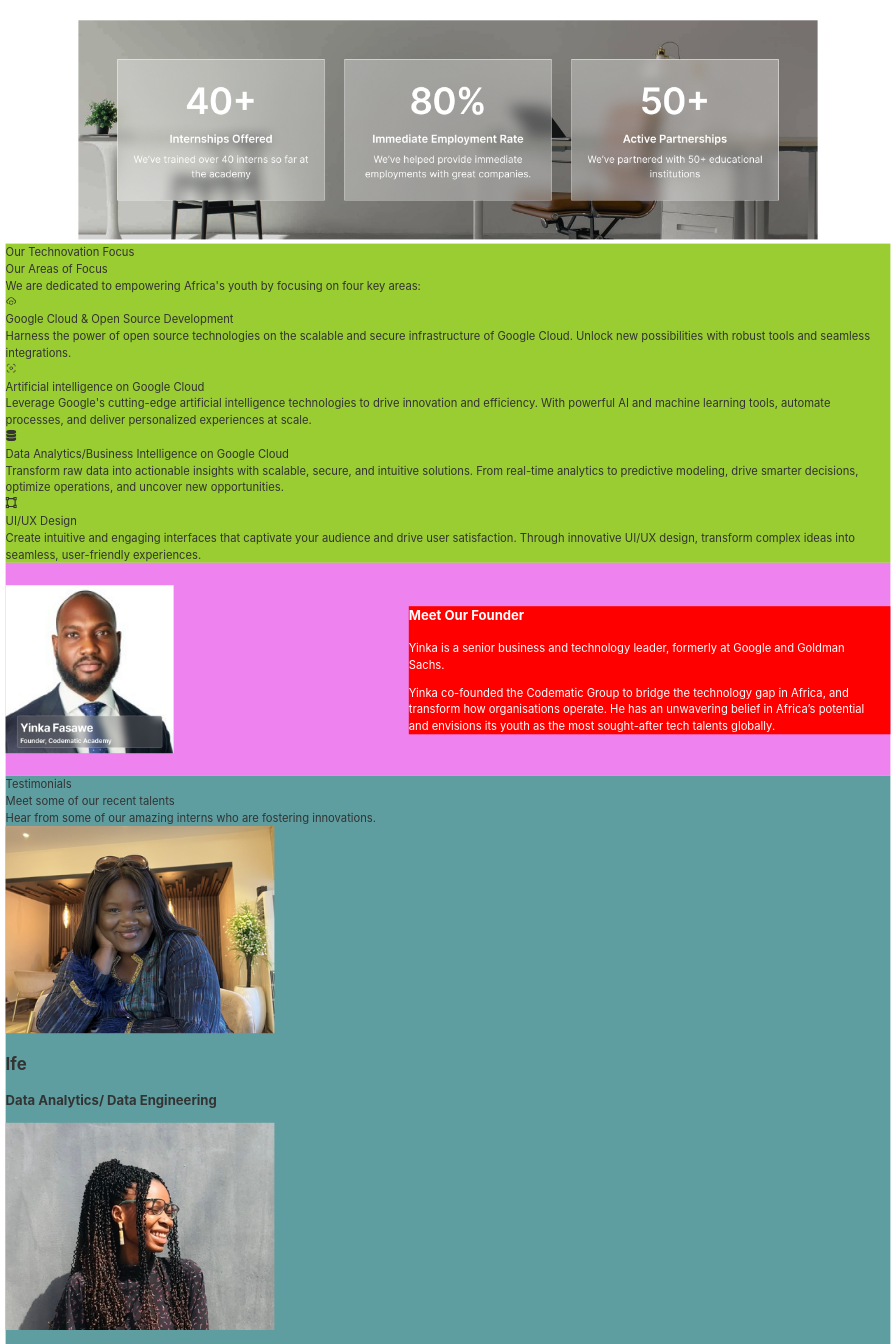
Repository: Gabriel221-dev/Codematic-page
Page: /
These files come from the project's save history. The page is drawn as it stood at one moment and after the next save; the edit follows.
The browser window is 1280 px wide. The pictures show the part of the page from y = 1860 to 3780 px (the page is 4616 px tall), at 70% of full size.
The project was rebuilt for these pictures with package versions that can differ from the ones it lists, and the page was loaded fresh each time. Also part of the build but not shown: vite.config.js.

Above is the page before, as saved 2024-07-25 12:06:46.

### src/App.jsx
import "./App.css";
import Home from "./pages/home";
import Header from "./components/Header";
import Footer from "./components/Footer";
import { BrowserRouter as Router, Route, Routes } from "react-router-dom";
import "./styles/global.css";

const App = () => {
  return (
    <Router>
      <Header />
      <main>
        <Routes>
          <Route path="/" element={<Home />} />
        </Routes>
      </main>
      <Footer />
    </Router>
  );
};

export default App;

### src/index.css
:root {
  font-family: Inter, system-ui, Avenir, Helvetica, Arial, sans-serif;
  line-height: 1.5;
  font-weight: 400;
  padding: 0 0;

  /* color-scheme: light dark;
  background-color: #242424;
  background-color:turquoise; */

}

### src/App.css
#root {
  max-width: 1280px;
  margin: 0 auto;
  /* padding: 2rem;
  text-align: center;
  background-color:bisque */

}

### src/components/Header.jsx
import { useState } from "react";
import { NavLink } from "react-router-dom";
import { FaBars } from "react-icons/fa";
import Sidebar from "./Sidebar";
import "./Header.css";
import { IconContext } from "react-icons";

const Header = () => {
  const [isSidebarToggled, setSidebarToggled] = useState(false);

  const handleToggle = () => {
    setSidebarToggled((prev) => !prev);
  };

  return (
    <>
      <IconContext.Provider value={{ color: "#fff" }}>
        <header className="header">
          <nav className="header__nav">
            <NavLink className="header__brand" to="/">
              <img
                className="header__logo"
                src="/public/Images/codematic-logo-dark-1536x351.png.png"
                alt="Logo"
                loading="eager"
                width="160"
              />
            </NavLink>

            <ul className="header__navigation">
              <li className="header__link">
                <NavLink
                  className={({ isActive }) =>
                    isActive
                      ? "header__anchor header__anchor--active"
                      : "header__anchor"
                  }
                  to="/"
                >
                  Home
                </NavLink>
              </li>
              <li className="header__link">
                <NavLink
                  className={({ isActive }) =>
                    isActive
                      ? "header__anchor header__anchor--active"
                      : "header__anchor"
                  }
                  to=""
                >
                  About Us
                </NavLink>
              </li>
              <li className="header__link">
                <NavLink
                  className={({ isActive }) =>
                    isActive
                      ? "header__anchor header__anchor--active"
                      : "header__anchor"
                  }
                  to=""
                >
                  Focus Areas
                </NavLink>
              </li>
              <li className="header__link">
                <NavLink
                  className={({ isActive }) =>
                    isActive
                      ? "header__anchor header__anchor--active"
                      : "header__anchor"
                  }
                  to=""
                >
                  Our Goals
                </NavLink>
              </li>
              <li className="header__link">
                <NavLink
                  className={({ isActive }) =>
                    isActive
                      ? "header__anchor header__anchor--active"
                      : "header__anchor"
                  }
                >
                  Testimonies
                </NavLink>
              </li>
              <NavLink className="header__btn" to="/contact">
                Apply Now
              </NavLink>
            </ul>

            <button
              className="header__menu"
              title="Toggle Menu"
              onClick={handleToggle}
            >
              <FaBars />
            </button>
          </nav>
          <Sidebar isOpen={isSidebarToggled} onToggle={handleToggle} />
        </header>
      </IconContext.Provider>
    </>
  );
};

export default Header;

### src/components/Footer.jsx
import { Link } from "react-router-dom";
import "./Footer.css";

const Footer = () => {
  return (
    <footer className="footer">
      <div className="footer__content">
        <div className="footer__pages">
          <img
            className="footer__logo"
            src="/public/Images/codematic-logo-dark-1536x351.png.png"
            alt="Logo"
            loading="lazy"
            width="160"
          />

          <ul className="footer__navigation">
            <li className="footer__link">
              <Link className="link-anchor footer__anchor" to="/">
                About Us
              </Link>
            </li>
            <li className="footer__link">
              <Link className="link-anchor footer__anchor" to="/about">
                Contact Us
              </Link>
            </li>
            <li className="footer__link">
              <Link className="link-anchor footer__anchor" to="/about">
                Privacy Policy
              </Link>
            </li>
          </ul>
        </div>

        {/* <div className="footer__more">
          <div className="footer__socials">
            <a href="#" aria-label="Facebook" className="footer__social">
              <svg
                className="footer__icon"
                xmlns="http://www.w3.org/2000/svg"
                width="24"
                height="24"
              >
                <path
                  fill="#FFF"
                  d="M22.675 0H1.325C.593 0 0 .593 0 1.325v21.351C0 23.407.593 24 1.325 24H12.82v-9.294H9.692v-3.622h3.128V8.413c0-3.1 1.893-4.788 4.659-4.788 1.325 0 2.463.099 2.795.143v3.24l-1.918.001c-1.504 0-1.795.715-1.795 1.763v2.313h3.587l-.467 3.622h-3.12V24h6.116c.73 0 1.323-.593 1.323-1.325V1.325C24 .593 23.407 0 22.675 0z"
                />
              </svg>
            </a>
            <a href="#" aria-label="Pinterest" className="footer__social">
              <svg
                className="footer__icon"
                xmlns="http://www.w3.org/2000/svg"
                width="24"
                height="24"
              >
                <path
                  fill="#FFF"
                  d="M12 0C5.373 0 0 5.372 0 12c0 5.084 3.163 9.426 7.627 11.174-.105-.949-.2-2.405.042-3.441.218-.937 1.407-5.965 1.407-5.965s-.359-.719-.359-1.782c0-1.668.967-2.914 2.171-2.914 1.023 0 1.518.769 1.518 1.69 0 1.029-.655 2.568-.994 3.995-.283 1.194.599 2.169 1.777 2.169 2.133 0 3.772-2.249 3.772-5.495 0-2.873-2.064-4.882-5.012-4.882-3.414 0-5.418 2.561-5.418 5.207 0 1.031.397 2.138.893 2.738a.36.36 0 01.083.345l-.333 1.36c-.053.22-.174.267-.402.161-1.499-.698-2.436-2.889-2.436-4.649 0-3.785 2.75-7.262 7.929-7.262 4.163 0 7.398 2.967 7.398 6.931 0 4.136-2.607 7.464-6.227 7.464-1.216 0-2.359-.631-2.75-1.378l-.748 2.853c-.271 1.043-1.002 2.35-1.492 3.146C9.57 23.812 10.763 24 12 24c6.627 0 12-5.373 12-12 0-6.628-5.373-12-12-12z"
                />
              </svg>
            </a>
            <a href="#" aria-label="Twitter" className="footer__social">
              <svg
                className="footer__icon"
                xmlns="http://www.w3.org/2000/svg"
                width="24"
                height="20"
              >
                <path
                  fill="#FFF"
                  d="M24 2.557a9.83 9.83 0 01-2.828.775A4.932 4.932 0 0023.337.608a9.864 9.864 0 01-3.127 1.195A4.916 4.916 0 0016.616.248c-3.179 0-5.515 2.966-4.797 6.045A13.978 13.978 0 011.671 1.149a4.93 4.93 0 001.523 6.574 4.903 4.903 0 01-2.229-.616c-.054 2.281 1.581 4.415 3.949 4.89a4.935 4.935 0 01-2.224.084 4.928 4.928 0 004.6 3.419A9.9 9.9 0 010 17.54a13.94 13.94 0 007.548 2.212c9.142 0 14.307-7.721 13.995-14.646A10.025 10.025 0 0024 2.557z"
                />
              </svg>
            </a>
          </div>
          <p className="footer__copy paragraph-2">
            Copyright 2020. All Rights Reserved
          </p>
        </div> */}
      </div>
    </footer>
  );
};

export default Footer;

### src/styles/global.css
* {
    /* margin: 0; */
    padding: 0;
    /* box-sizing: border-box; */
  }

  body {
    /* font-family: "Livvic", sans-serif; */
    /* line-height: 1.6; */
    color: #333;
    background-color: white;
  }

### src/pages/Home.css
/* .Home{
    padding: 1rem;
    background-color:green;
} */
.Home-1{
    /* background-color:red; */
    text-align: center;
}
.mark{
    background-color:white;
    border-radius:12px;
    font-size: .6rem;
    padding:.1rem;
    margin-right: .5rem;
}
.academy-1{
    font-size: .6rem;
    background-color: lightcyan;
    border-radius:12px;
    padding: .3rem;
    text-decoration: none;
}
.heading-sub-1{
      text-align: center;
}
.heading-1{
    width: 45rem;
    height: 12.7rem;
    font-size: 2.8rem;
    justify-content: center;
    align-items: center;
    margin: 0 auto;
    font-weight: 600;
    background-color:white;
}
.sub-heading-1{
    font-size: .9rem;
    height: 120px;
    width: 20rem;
    justify-content: center;
    align-items: center;
    margin: 0 auto;
}
.action{
    gap: 12px;
    text-decoration: none;
}
.apply-heading{
    background-color:#DEE0FF;
    text-align: center;
    margin: 0 1rem;
    padding: .2rem;
    border-radius: 3px;
    text-decoration: none;
}

.learn-heading{
    background-color: blue;
    text-align: center;
    padding: .2rem;
    border-radius: 3px;
    text-decoration: none;
}

.Home-1 img{
    background-color:none;
    width: 65rem;
    height: 516px;
    padding: 1rem;
    margin: 2.9rem 0;
}


.Home-2{
    /* background-color:brown; */
    display: flex;
    justify-content: space-between;
    height: 37rem;
}

.heading-sub-2{
    background-color:red;
    font-size: 1.4rem;
    font-style: normal;
    color: #fff;
    text-align: left;
    max-width: 30rem;
    text-align: left;
    height: 35rem;
    padding: 0 0 0 4rem;
    margin: 0 0 0 2rem;
}

.sub-heading-2{
    font-size: 1rem;
    color:blue;
}

.heading-2{
    font-size: 1.8rem;
    font-weight: 500;
    color:blue;
}

.home-chair{
    flex: 1;
}


.text-2{
    font-size: 1rem;
    color:black;
}

.apply-now-2{
    background-color:blue;
    margin-top:1.8rem;
    padding: .7rem 2rem .7rem 0;
    font-size: .7rem;
    color:white;
    width: 7rem;
}

.Home-2 .img{
    flex: 1;
    display: flex;
    justify-content: center;
}

.Home-2 img{
    display: flex;
    align-items: center;
    text-align: left;
    height: 35rem;
    width: 32rem;
    margin: 0 2.9rem 0 0;
}


.Home-3{
    /* background-color:chocolate; */
    text-align: center;
}

.heading-sub-3{
    padding: 2.5rem;
}

.sub-3{
    color:blue;
    font-size: .7rem;
}

.heading-3{
    color:black;
    font-size: 1.6rem;
    font-weight: 700;
}

.text-3{
    font-size: 1.1rem;
    width:40rem;
    display: flex;
    margin: 0 auto;
}

.Home-3 img{
    width: 66rem;
}

.Home-4{
    background-color:yellowgreen;
}

.Home-5{
    background-color:violet;
}

/* .Home-5 .article{

}

.Home-5 .img{

}

.Home-5 img{

} */

.Home-5 {
    display: flex;
    justify-content: space-between;
    align-items: center;
}
.Home-5 .heading-sub-5 {
    font-style: normal;
    color: #fff;
    text-align: left;
    max-width: 50rem;
    text-align: left;
    /* height: 35rem; */
    padding: 0 1rem 0 0;
    /* margin: 0 21rem 0 0; */
    background-color:red;
}

.Home .article{
    flex: 1;
}

.Home-5 .img{
    flex: 1;
    display: flex;
    justify-content: center;
}

.Home-5 img{
    display: flex;
    align-items: center;
    text-align: left;
    height: 15rem;
    width: 15rem;
    margin: 0 21rem 0 0;
    padding: 2rem 0;
}



.Home-6{
    background-color:cadetblue;
}

.Home-7{
    background-color:goldenrod;
}

### src/components/Sidebar.jsx
import PropTypes from "prop-types";
import { useNavigate } from "react-router-dom";
import { AiOutlineClose } from "react-icons/ai";
import "./Sidebar.css";
import { IconContext } from "react-icons";

const Sidebar = ({ isOpen, onToggle }) => {
  const navigate = useNavigate();

  const handleNavigate = (path) => {
    navigate(path);
    onToggle();
  };

  return (
    <IconContext.Provider value={{ color: "#fff" }}>
      <div className={`sidebar ${isOpen ? "sidebar--open" : ""}`}>
        <div className="sidebar__overlay" onClick={onToggle}></div>
        <div className="sidebar__content">
          <div className="sidebar__header">
            <button
              className="sidebar__close"
              title="Close Menu"
              onClick={onToggle}
            >
              <AiOutlineClose />
            </button>
          </div>

          <ul className="sidebar__navigation">
            <li className="sidebar__link">
              <button
                className="sidebar__anchor"
                onClick={() => handleNavigate("/")}
              >
                Home
              </button>
            </li>

            <li className="sidebar__link">
              <button
                className="sidebar__anchor"
                onClick={() => handleNavigate()}
              >
                About Us
              </button>
            </li>
            <li className="sidebar__link">
              <button
                className="sidebar__anchor"
                onClick={() => handleNavigate()}
              >
                Focus Areas
              </button>
            </li>
            <li className="sidebar__link">
              <button
                className="sidebar__anchor"
                onClick={() => handleNavigate()}
              >
                Testimonies
              </button>
            </li>
          </ul>

          <button className="sidebar__btn" onClick={() => handleNavigate()}>
            Apply Now
          </button>
        </div>
      </div>
    </IconContext.Provider>
  );
};

Sidebar.propTypes = {
  isOpen: PropTypes.bool.isRequired,
  onToggle: PropTypes.func.isRequired,
};

export default Sidebar;

### src/components/Header.css
.header {
    background-color: white;
    height: 1.55rem;
    display: flex;
    justify-content: space-between;
    align-items: center;
    padding: 1rem 7rem;
  }

  @media only screen and (max-width: 850px) {
    .header {
        background-color:black;
      height: 150px;
      /* background-color:red; */
      align-items:left;
    }
  }

  @media only screen and (max-width: 576px) {
    .header {
      height: 128px;
    }
  }

  .header__nav {
    /* display: flex;
    align-items: center;
    gap: 8rem; */
    grid-column: center-start / center-end;
    display: grid;
    grid-template-columns: max-content 1fr max-content;
    align-items: center;
    column-gap: 8rem;

    @media only screen and (max-width: 768px) {
      column-gap: 4rem;
    }

    @media only screen and (max-width: 576px) {
        grid-template-columns: repeat(2, 1fr);
        column-gap: 0;
    }
  }

  .header__logo {
    max-width: 158px;

    @media only screen and (max-width: 768px) {
      margin-right: 14rem;
      margin-left: -5rem;
    }
  }

  .header__navigation {
    list-style: none;
    display: flex;
    margin: 0;
    padding: 0;
    text-decoration: none;

    @media only screen and (max-width: 820px) {
      display: none;
    }
  }

  .header__link {
    margin-right: 2rem;
    text-decoration: none;
  }

  /* .header:last-child {
    margin-right: 0;
  } */

  .header__anchor {
    font-size: .89rem;
    text-decoration: none;
    color: #333;
    font-weight: bold;
  }

  .header__anchor:hover{
    text-decoration: none;
  }

  .header__anchor--active {
    color: black;
}

  .header__btn {
    font-size: .7rem;
    background-color: blue;
    border: 2px solid #fff;
    width: 4rem;
    border-radius:5px;
    color: #fff;
    padding: 0.5rem .5rem;
    margin-left: 2rem;
    text-decoration: none;
    display: inline-block;
    cursor: pointer;
    justify-self: end;

    @media only screen and (max-width: 820px) {
      display: none;
    }
  }

  .header__btn:hover{
    background-color:white;
    color:#004953;
    text-decoration: none;
    border-radius:16px;
    transform: scale(1.05);
    transition: transform 0.6s ease-in-out, border-bottom 0.6s ease;
  }

  .header__menu {
    display: none;

    @media only screen and (max-width: 820px) {
      display: flex;
      width: 50px;
      height: 28px;
      padding: .1rem;
      border: 0;
      outline: 0;
    }
  }

  .header__menu:hover{
    background:none;
  }

### src/components/Footer.css
.footer {
    background-color: rgb(4, 4, 55);
    display: grid;
    grid-template-rows: 48px auto 48px;
    padding: 1rem;
  }

  @media only screen and (max-width: 768px) {
    .footer {
      grid-template-rows: 50px repeat(1, min-content) 56px;
    }
  }

  @media only screen and (max-width: 650px) {
    .footer {
      grid-template-rows: 64px repeat(1, min-content) 64px;
    }
  }

  .footer__content {
    display: grid;
    grid-column: center-start / center-end;
    grid-template-columns: max-content 1fr max-content;
    column-gap: 12.5rem;
    grid-column: 2;
    grid-row: 2 / 3;
  }

  @media only screen and (max-width: 1024px) {
    .footer__content {
      column-gap: 8rem;
    }
  }

  @media only screen and (max-width: 768px) {
    .footer__content {
      grid-template-columns: repeat(1, 1fr);
      grid-template-rows: repeat(1, min-content);
      row-gap: 3.2rem;
    }
  }

  @media only screen and (max-width: 480px) {
    .footer__content {
      grid-template-columns: 1fr;
      grid-template-rows: repeat(1, min-content);
      /* row-gap: 2.4rem; */
    }
  }

  .footer__pages {
    display: flex;
    flex-direction: column;
    justify-content: space-between;
  }

  @media only screen and (max-width: 480px) {
    .footer__pages {
      grid-column: 1 / 3;
      grid-row: 1 / 2;
      justify-self: center;
      align-items: center;
    }
  }

  .footer__logo {
    width: 160px;
  }

  @media only screen and (max-width: 768px) {
    .footer__logo {
      width: 96px;
    }
  }

  @media only screen and (max-width: 480px) {
    .footer__logo {
      margin-bottom: 24px;
    }
  }

  .footer__navigation {
    list-style: none;
    display: flex;
    margin-bottom: 7px;
  }

  @media only screen and (max-width: 768px) {
    .footer__navigation {
      margin-bottom: 0;
    }
  }

  .footer__link {
    margin-right: 40px;
    transition: color 0.3s;
  }

  @media only screen and (max-width: 1024px) {
    .footer__link {
      margin-right: 24px;
    }
  }

  @media only screen and (max-width: 768px) {
    .footer__link {
      margin-right: 1rem;
      margin-bottom: 16px;
    }
  }

  .footer__link:hover {
    color: var(--light-coral);
  }

  .footer__anchor {
    text-decoration: none;
    color: white;
    font-size: 1.5rem;
    text-transform: uppercase;
  }

  @media only screen and (max-width: 768px) {
    .footer__anchor {
      font-size: 1.5rem;
    }
  }

  .footer__information {
    display: flex;
    flex-direction: column;
  }

  @media only screen and (max-width: 768px) {
    .footer__information {
      text-align: right;
      margin-bottom: 2px;
    }
  }

  @media only screen and (max-width: 480px) {
    .footer__information {
      grid-column: 1 / 3;
      grid-row: 2 / 3;
      text-align: center;
    }
  }

  .footer__text {
    color: white;
    mix-blend-mode: normal;
    opacity: 0.6;
  }

  .footer__more {
    display: flex;
    flex-direction: column;
    justify-content: space-between;
    align-items: flex-end;
  }

  @media only screen and (max-width: 768px) {
    .footer__more {
      grid-column: 1 / 3;
      grid-row: 2 / 3;
      flex-direction: row;
      align-items: center;
    }
  }

  @media only screen and (max-width: 480px) {
    .footer__more {
      grid-column: 1 / 3;
      grid-row: 3 / 4;
      flex-direction: column;
      margin-top: 16px;
    }
  }

  .footer__socials {
    display: flex;
    margin-bottom: 7px;
  }

  @media only screen and (max-width: 768px) {
    .footer__socials {
      line-height: 0;
    }
  }

  @media only screen and (max-width: 480px) {
    .footer__socials {
      margin-bottom: 16px;
    }
  }

  .footer__social {
    margin-right: 16px;
    transition: fill 0.3s;
  }

  .footer__icon {
    width: 24px;
    height: 24px;
  }

  .footer__copy {
    color: white;
  }

### src/components/Sidebar.css
.sidebar {
    display: none;
    width: 100%;
    height: 100%;
    position: fixed;
    top: 0;
    left: 0;
    z-index: 100;
    transition: all 0.3s ease;
  }

  .sidebar--open {
    display: grid;
    grid-template-columns: 1fr min-content;
  }

  .sidebar__overlay {
    grid-column: 1 / -1;
    grid-row: 1 / 2;
    background-color: rgba(0, 0, 0, 0.5);
    transition: background-color 0.3s ease;

  }

  .sidebar__content {
    grid-column: 2 / 3;
    grid-row: 1 / 2;
    background-color: #194c4c;
    width: 250px;
    display: grid;
    grid-template-rows: 128px repeat(2, min-content);
    grid-template-columns: 48px 1fr 25px;
    transition: width 0.3s ease;
    transition: width .4s ease;

  }

  .sidebar__header {
    grid-column: 2 / 3;
    justify-self: end;
    align-self: center;
  }

  .sidebar__close {
    background-color:#194c4c ;
    width: 30px;
    border: 0;
    outline: 0;
  }

  .sidebar__close:hover{
    background-color:#194c4c;
  }

  .sidebar__navigation {
    grid-column: 2 / 3;
    list-style: none;
    margin: 0;
    padding: 0;
  }

  .sidebar__link {
    margin-bottom: 2.4rem;
  }

  .sidebar__anchor {
    font-size: 1.1rem;
    color: #fff;
    background: transparent;
    border: none;
    text-decoration: none;
    cursor: pointer;
  }

  .sidebar__anchor:hover{
    background:none;
  }

  .sidebar__btn {
    grid-column: 2 / 3;
    background-color: transparent;
    border: 1px solid #fff;
    color: #fff;
    padding: 0.5rem 1rem;
    text-decoration: none;
    display: inline-block;
    cursor: pointer;
    width: 159px;
  }

  .sidebar__btn:hover{
    background:white;
    color:#194c4c;
    transform: scale(1.05);
    transition: transform 0.3s ease-in-out, border-bottom 0.6s ease;
  }

  .sidebar--open .sidebar__overlay {
    background-color: rgba(0, 0, 0, 0.5);
  }

  .sidebar--open .sidebar__content {
    width: 250px;
  }

  @media (max-width: 768px) {
    .header__menu {
      display: grid;
      background-color: transparent;
      width: 24px;
      border: 0;
      outline: 0;
      justify-self: end;
      align-self: center;
      margin-left: auto;
    }
  }

Loaded but not shown: index.html (common file); src/main.jsx (common file); src/pages/home.jsx (257 lines, source omitted)

After the next save:
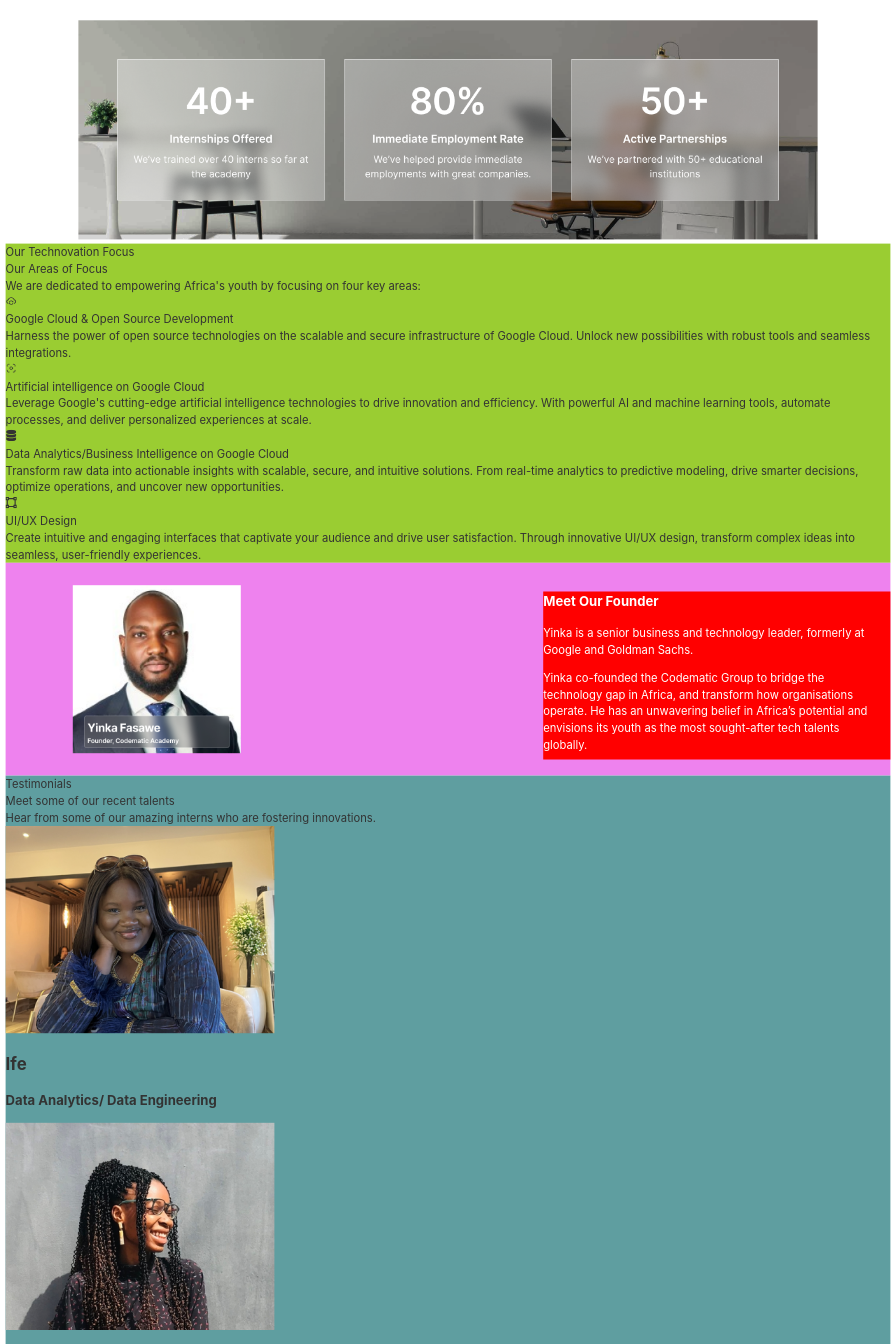
Saved 27 s later.
--- a/src/pages/Home.css
+++ b/src/pages/Home.css
@@ -197,9 +197,9 @@
     font-style: normal;
     color: #fff;
     text-align: left;
-    max-width: 50rem;
-    text-align: left;
-    /* height: 35rem; */
+    max-width: 30rem;
+    text-align: left;
+    height: 15rem;
     padding: 0 1rem 0 0;
     /* margin: 0 21rem 0 0; */
     background-color:red;
